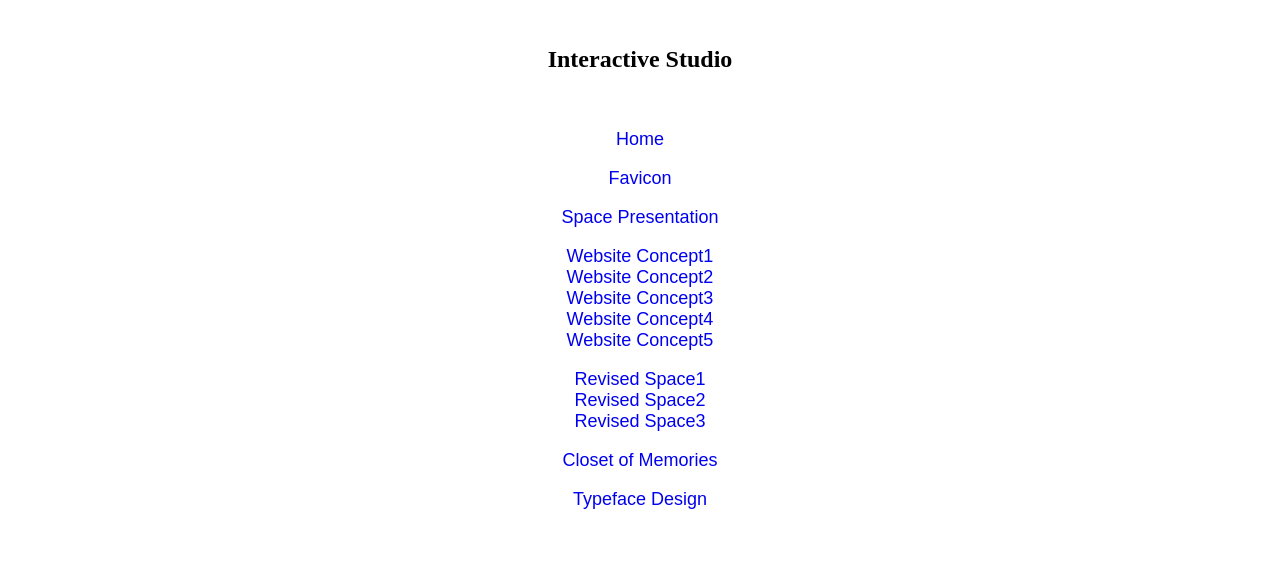
Repository: parkh899/parkh899.github.io
Page: studio/index.html
The author's editor kept a record of every edit. The page is drawn from the files as they stood at one moment, then again after the next edit.
The browser window is 1280 px wide. The pictures show the whole page.

Above is the page before.

### studio/index.html
<html>
    <head>
    <style>
    a:link {
        text-decoration: none;
    	font-family: vrinda, arial, "Times New Roman", Times, serif;
    	font-size: 18px;
    }

    a:visited {
        text-decoration: none;
    }

    a:hover {
        text-decoration: underline;
    }

    a:active {
        text-decoration: underline;
    }
    </style>
    <link rel="icon" href="../favicon.jpg" sizes="16x16 32x32" type="image/jpg">
    </head>

    <body>
        <center>
            <br/>
            <h2>Interactive Studio</h2>
            <br/><br/>

            <a href= "../index.html">Home</a><br/><br/>
            <a href= "favicon.html">Favicon</a><br/><br/>
            <a href= "space/space.pdf">Space Presentation</a><br/><br/>
            <a href= "space/concept1.pdf">Website Concept1</a><br/>
            <a href= "space/concept2.pdf">Website Concept2</a><br/>
            <a href= "space/concept3.pdf">Website Concept3</a><br/>
            <a href= "space/concept4.pdf">Website Concept4</a><br/>
            <a href= "space/concept5.pdf">Website Concept5</a><br/><br/>
            <a href= "space/concept1rev.pdf">Revised Space1</a><br/>
            <a href= "space/concept2rev.pdf">Revised Space2</a><br/>
            <a href= "space/concept3rev.pdf">Revised Space3</a><br/><br/>
            <a href= "space/caart.html">Closet of Memories</a><br/><br/>
            <a href= "typeface/typeface.pdf">Typeface Design</a>
        </center>
    </body>
</html>

After the next edit:
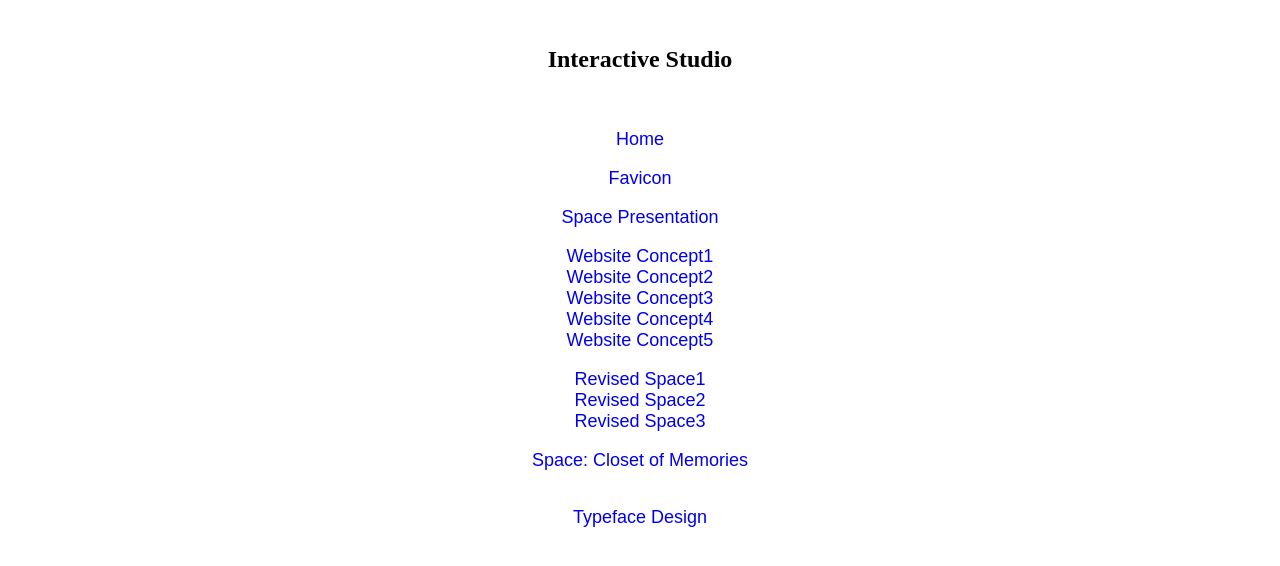
The edit:
--- a/studio/index.html
+++ b/studio/index.html
@@ -39,7 +39,7 @@
             <a href= "space/concept1rev.pdf">Revised Space1</a><br/>
             <a href= "space/concept2rev.pdf">Revised Space2</a><br/>
             <a href= "space/concept3rev.pdf">Revised Space3</a><br/><br/>
-            <a href= "space/caart.html">Closet of Memories</a><br/><br/>
+            <a href= "space/caart.html">Space: Closet of Memories</a><br/><br/><br/>
             <a href= "typeface/typeface.pdf">Typeface Design</a>
         </center>
     </body>
